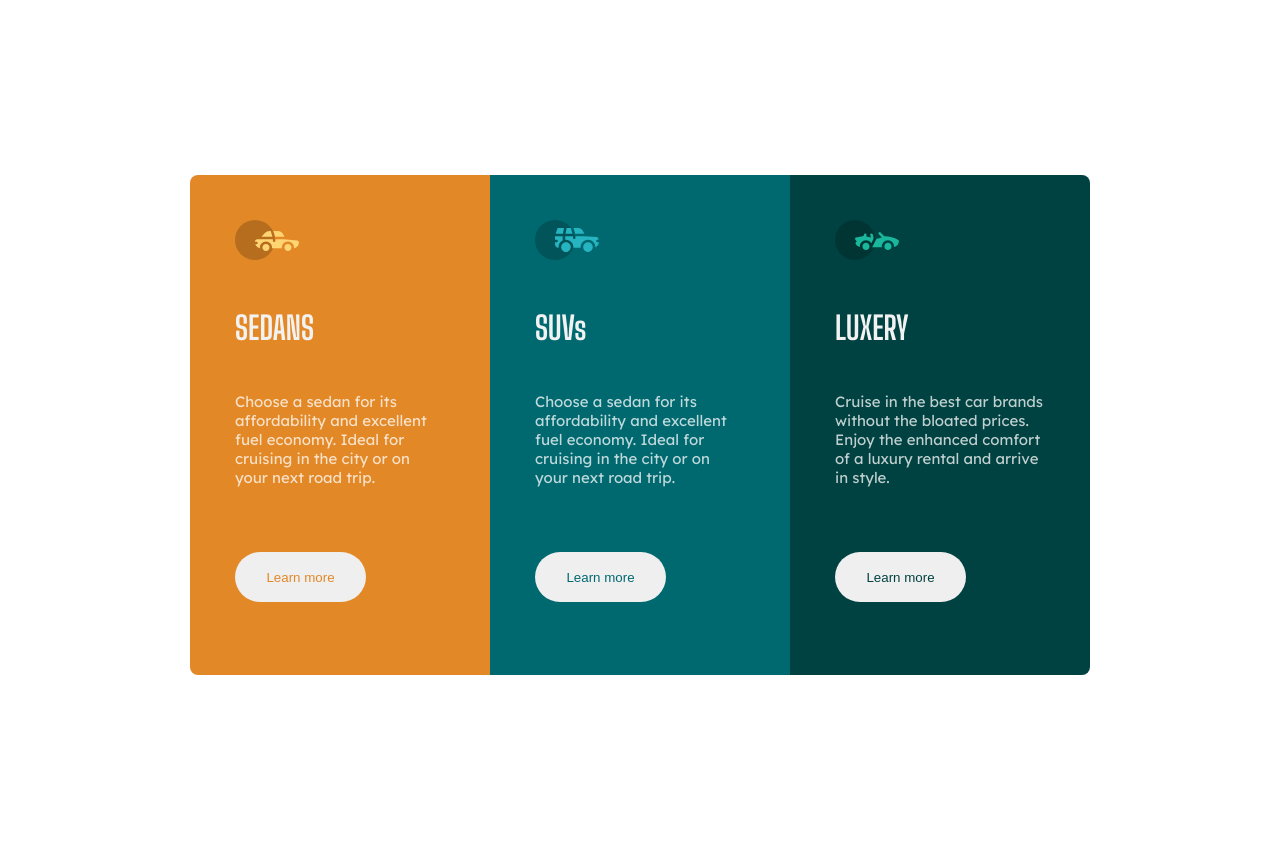
Repository: Toqa-25/3-cards-component
Page: index.html
These files come from the project's save history. The page is drawn as it stood at one moment and after a run of saves; the edit follows.
The browser window is 1280 px wide. The pictures show the whole page.

Above is the page before, as saved 2021-07-14 17:00:01.

After the next 2 saves:
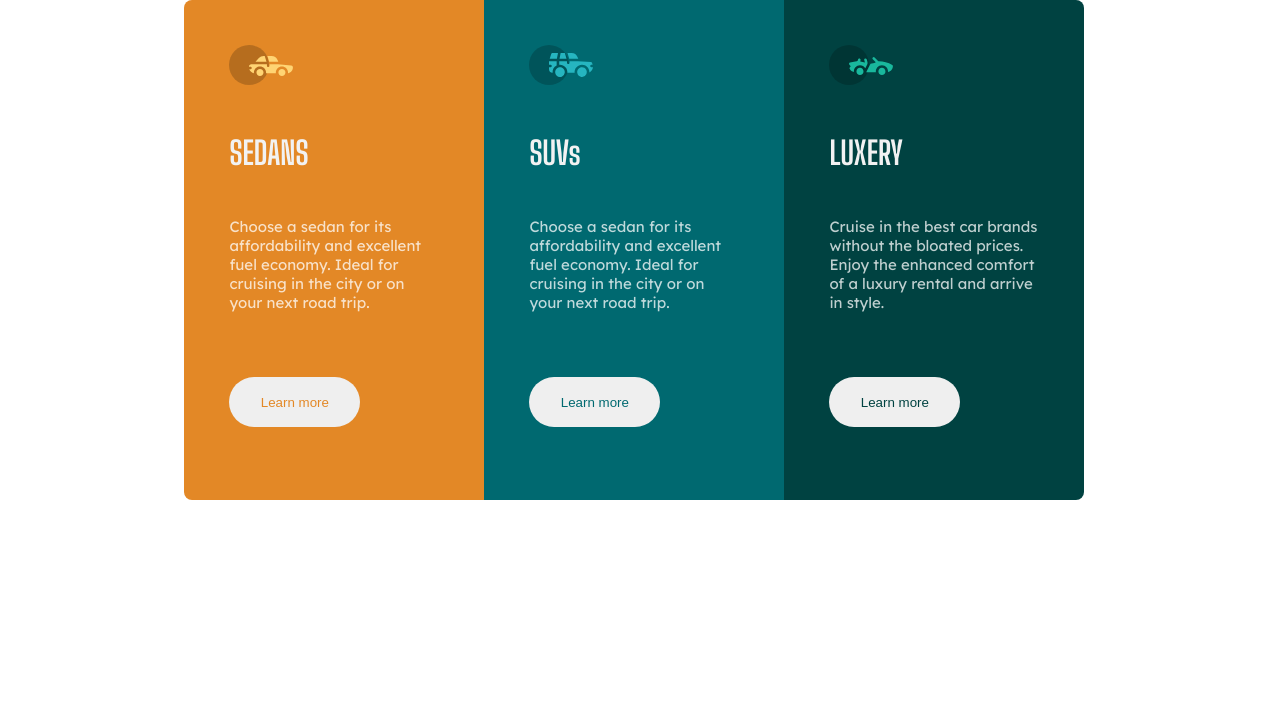
The 2 saves are shown as one change because they came seconds apart.
The last was saved 2 min 10 s later.
--- a/css/style.css
+++ b/css/style.css
@@ -19,7 +19,14 @@
 .container{
     display: flex;
     justify-content: center;
-    margin:175px auto;
+    /* margin: 175px auto; */
+    /* flex-wrap: wrap; */
+    margin-left: auto;
+    margin-right: auto;
+    padding-right: .75rem;
+    padding-left: .75px;
+}
+
 
     /* flex-wrap: wrap;
  */
